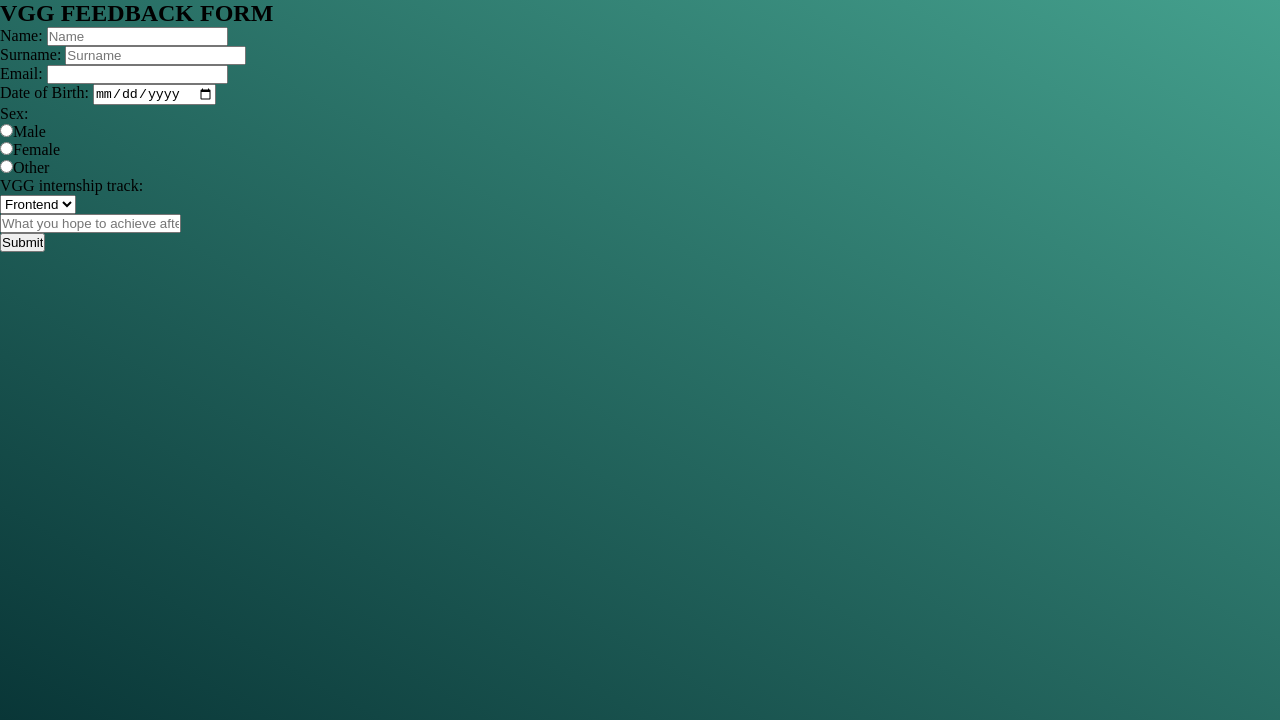
Repository: iphyokafor/VGG-Feedback-form
Page: index.html
These files come from the project's save history. The page is drawn as it stood at one moment and after the next save; the edit follows.
The browser window is 1280 px wide. The pictures show the whole page.

Above is the page before, as saved 2020-01-12 20:41:29.

After the next save:
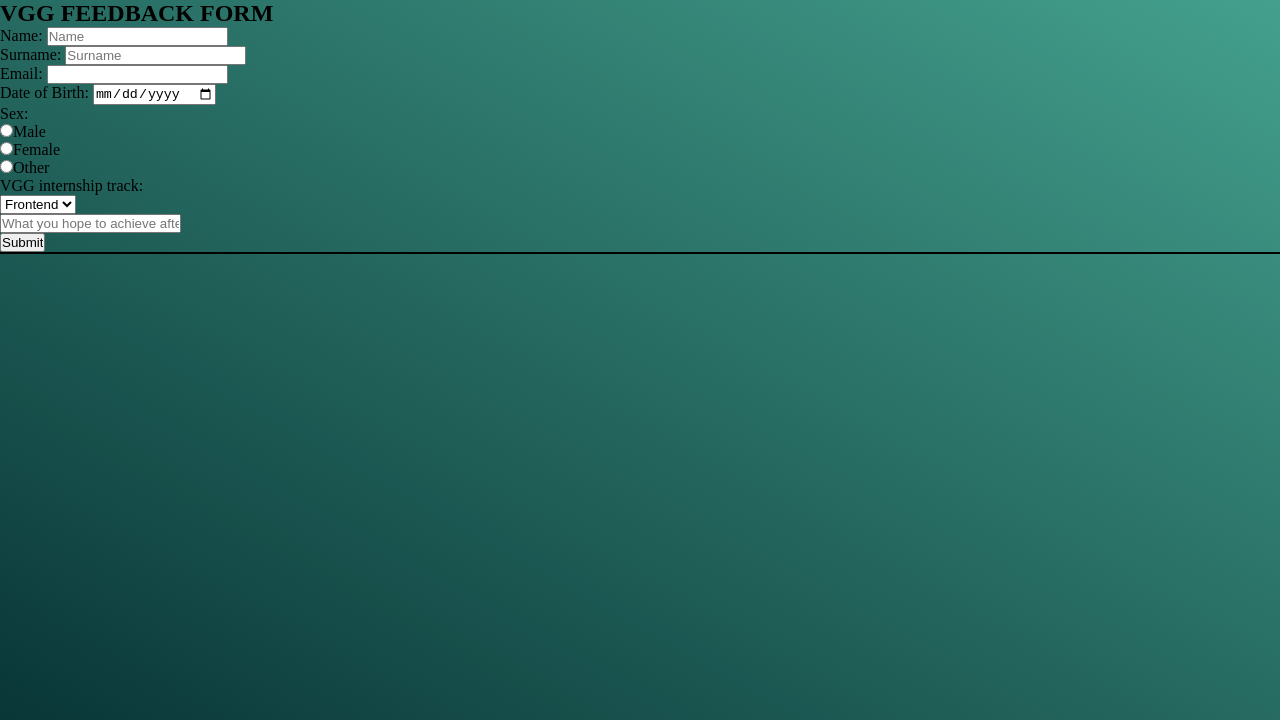
Saved 2 min 7 s later.
--- a/style.css
+++ b/style.css
@@ -20,5 +20,5 @@ form {
     /* margin: auto;
     padding: 20px; */
     box-sizing: border-box;
-    border-color: 4px solid black;
+    border-bottom: 2px solid black;
 }

After the save that followed:
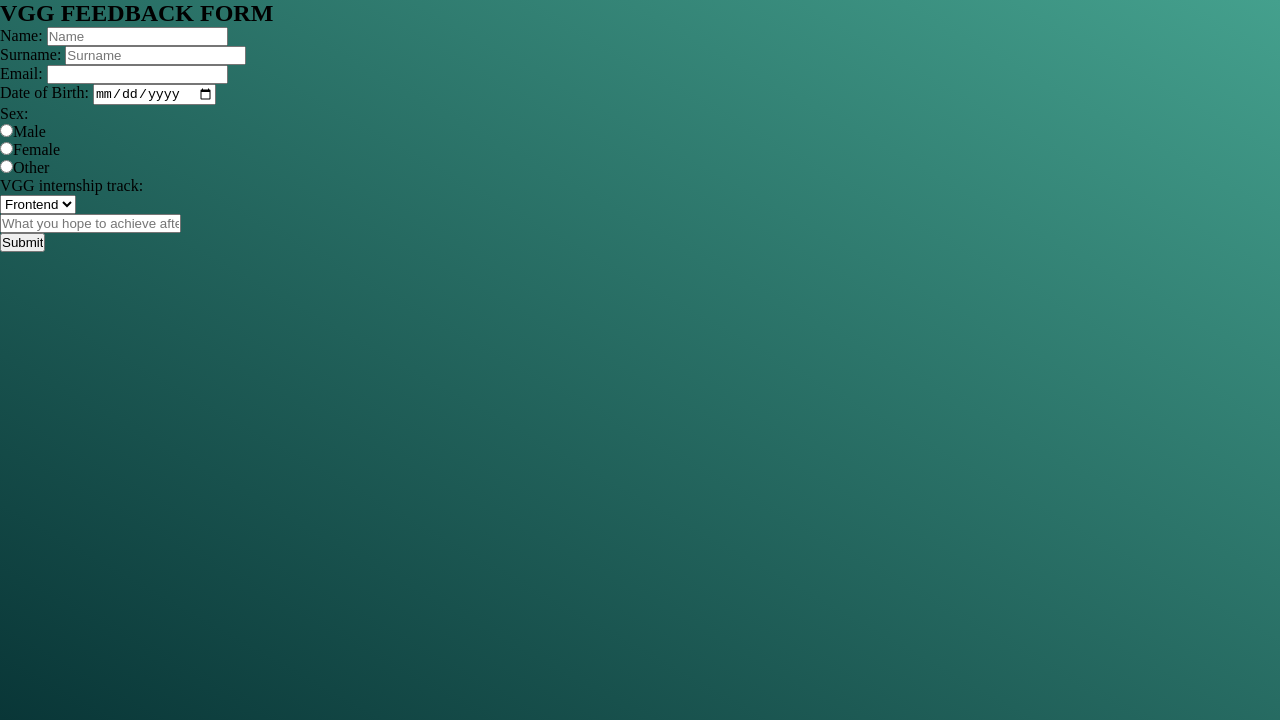
Saved 4 min 22 s later.
--- a/style.css
+++ b/style.css
@@ -19,6 +19,4 @@ body {
 form {
     /* margin: auto;
     padding: 20px; */
-    box-sizing: border-box;
-    border-bottom: 2px solid black;
 }
